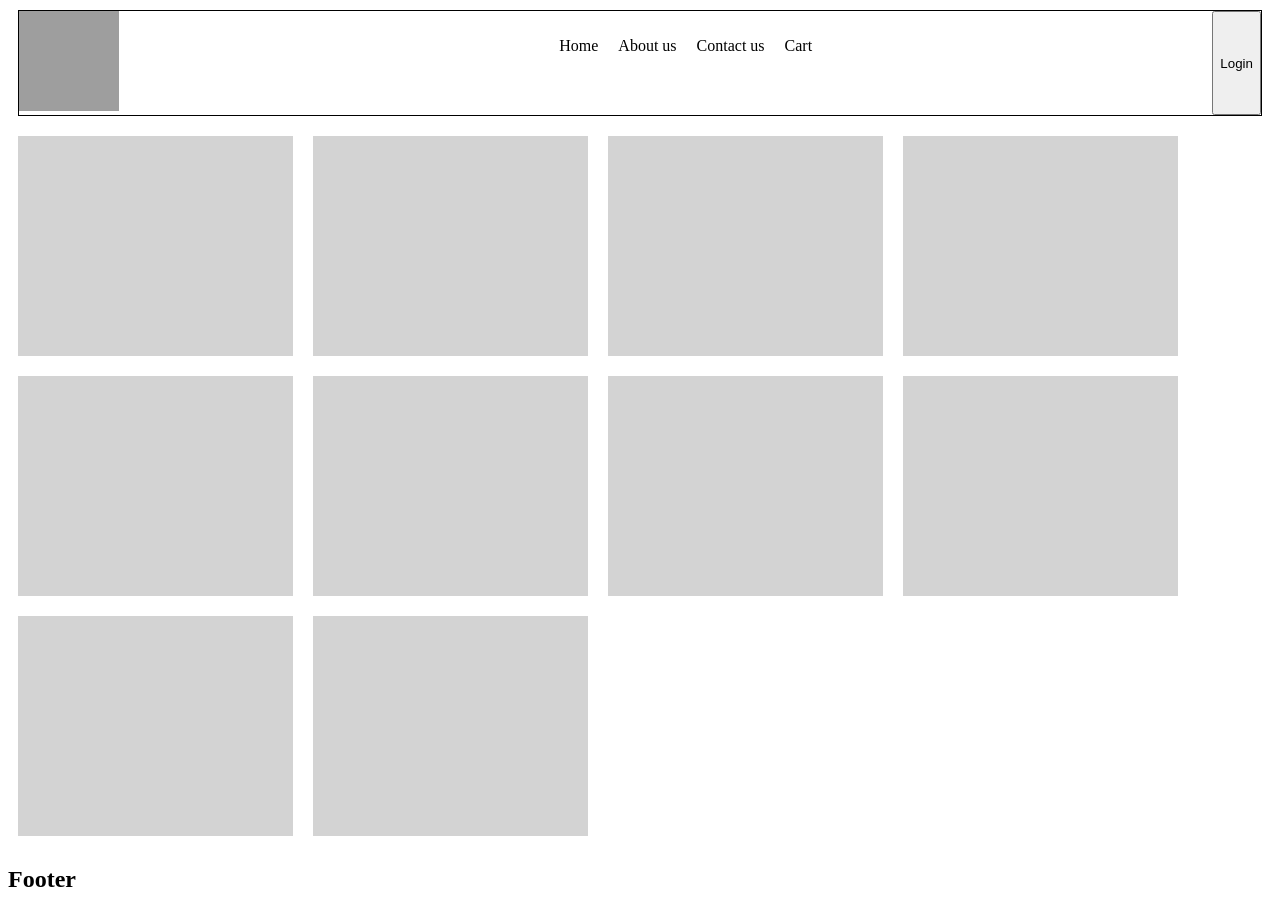
Repository: shivamv97/FOOD-VILLA-APP
Page: /
The author's editor kept a copy of each file at every save. The page is drawn from the files as they stood at one save, then again after the next save.
The browser window is 1280 px wide. The pictures show the whole page.
Pictures or frames that could not be fetched are drawn as grey boxes. The page's requests for data from a server got no answer. The project was rebuilt for these pictures with package versions that can differ from the ones it lists, and the page was loaded fresh each time. No one was signed in, and anything a server would have sent is missing. Also part of the build but not shown: src/components/RestaurantCards.js, src/components/About.js, src/components/Error.js.

Above is the page before, as saved 2024-08-05 13:28:19.

### index.html
<!DOCTYPE html>
<html lang="en">
  <head>
    <meta charset="UTF-8" />
    <meta name="viewport" content="width=device-width, initial-scale=1.0" />
    <title>Learning REACT</title>
    <link rel="stylesheet" href="style.css" />
  </head>
  <body>
    <div id="root">Not Rendered</div>
    <!-- <script
      crossorigin
      src="https://unpkg.com/react@18/umd/react.development.js"
    ></script>
    <script
      crossorigin
      src="https://unpkg.com/react-dom@18/umd/react-dom.development.js"
    ></script> -->
    <script type="module" src="src/App.js"></script>
  </body>
</html>

### style.css
.header {
  display: flex;
  justify-content: space-between;
  margin: 10px;
  border: 1px solid black;
}
.nav-items > ul {
  list-style-type: none;
  display: flex;
}

.nav-items > ul > li {
  padding: 10px;
}
.logo {
  width: 100px;
  height: 100px;
}

.card {
  width: 255px;
  border: 1px solid black;
  padding: 10px;
  margin: 10px;
  overflow-wrap: break-word;
}

.card > img {
  width: 100%;
}

.restaurant-list {
  display: flex;
  flex-wrap: wrap;
}

.shimmer-card {
  width: 255px;
  height: 200px;
  background: lightgrey;
  margin: 10px;
  padding: 10px;
}

### src/App.js
import React from "react";
import ReactDOM from "react-dom/client";
import HeaderComponent from "./components/Title";
import Body from "./components/Body";
import Footer from "./components/Footer";
import About from "./components/About";
import Error from "./components/Error";
import { createBrowserRouter, RouterProvider } from "react-router-dom";

const AppLayout = () => {
  return (
    <>
      <HeaderComponent />
      <Body />
      <Footer />
    </>
  );
};

const appRouter = createBrowserRouter([
  {
    path: "/",
    element: <AppLayout />,
    errorElement: <Error />,
  },
  {
    path: "/About",
    element: <About />,
  },
]);

const root = ReactDOM.createRoot(document.getElementById("root"));

root.render(<RouterProvider router={appRouter} />);
//root will render according to the AppRouter

### src/components/Title.js
import { useState } from "react";
import { Link } from "react-router-dom";

const LoggedInUser = () => {
  //API used for authentication
  return true;
};

const Title = () => (
  <a href="/ ">
    <img
      className="logo"
      alt="logo"
      src="https://encrypted-tbn0.gstatic.com/images?q=tbn:ANd9GcTJtFXKFKFoihdrJEvX4jBtXqfcO2kJ0KAlIg&s"
    />
  </a>
);

const HeaderComponent = () => {
  const [isLoggedIn, setisLoggedIn] = useState(false);
  return (
    <div className="header">
      <Title />
      <div className="nav-items">
        <ul>
          <li>Home</li>
          <li>About us</li>
          <li>Contact us</li>
          <li>Cart</li>
        </ul>
      </div>
      {isLoggedIn ? (
        <button onClick={() => setisLoggedIn(false)}>Logout</button>
      ) : (
        <button onClick={() => setisLoggedIn(true)}>Login</button>
      )}
    </div>
  );
};

export default HeaderComponent;

### src/components/Body.js
import { restaurantlist } from "../config";
import RestrauntCard from "./RestaurantCards";
import { useState, useEffect } from "react";
import Shimmer from "./shimmer";

function filterdata(searchText, restaurants) {
  return restaurants.filter((restaurant) =>
    restaurant.info.name.toLowerCase().includes(searchText.toLowerCase())
  );
}

const Body = () => {
  // const searchTxt = "KFC"; //for reference...(IN JS)
  const [AllRestaurants, setAllRestaurants] = useState([]);
  const [FilteredRestaurants, setFilteredRestaurants] = useState([]); //restaurantlist
  const [searchText, setsearchText] = useState(""); //To create state variable.......(IN REACT)
  // console.log("render()");

  useEffect(() => {
    //API call
    GetRestaurants();
  }, []);

  async function GetRestaurants() {
    const data = await fetch(
      "https://www.swiggy.com/dapi/restaurants/list/v5?lat=28.7040592&lng=77.10249019999999&collection=83667"
    );
    const json = await data.json();
    console.log(json);
    //you have to make change only in line 32,in cards[i],where i is keep changing in the above api link,try from 0-11
    //it's an config-driven UI,Hence,it's Grid Element position keeps on changing.......
    setAllRestaurants(
      json?.data?.cards[1]?.card?.card?.gridElements?.infoWithStyle?.restaurants
    );
    setFilteredRestaurants(
      json?.data?.cards[1]?.card?.card?.gridElements?.infoWithStyle?.restaurants
    );
  }

  console.log("render");

  //Don't render component(Early Return)
  // if (!AllRestaurants) return null;
  // if (FilteredRestaurants?.length === 0) return <h1>No Restaurants Found!</h1>;

  //Conditional rendering
  return AllRestaurants?.length == 0 ? (
    <Shimmer />
  ) : (
    <>
      <div className="search-box">
        <input
          type="text"
          className="search-input"
          placeholder="Search"
          value={searchText}
          onChange={(e) => {
            setsearchText(e.target.value);
          }}
        />
        <button
          className="search-btn"
          onClick={() => {
            //filter the data according to need
            const data = filterdata(searchText, AllRestaurants);
            setFilteredRestaurants(data);
            //need to update the state-restaurants
          }}
        >
          Search
        </button>
      </div>
      <div className="restaurant-list">
        {
          FilteredRestaurants.map((restaurant) => {
            return (
              <RestrauntCard key={restaurant.info.id} {...restaurant.info} />
            );
          })
          //H.W. => 1.PROPER PLACE FOR NO RESTAURANTS FOUND   2.SEARCH WENT OFF WHEN IT IS SHOWING NO RESTAURANTS FOUND..........
        }
      </div>
    </>
  );
};

export default Body;

### src/components/Footer.js
const Footer = () => {
  return <h2>Footer</h2>;
};

export default Footer;

### src/config.js
//PUT MY all Hard Coded File Here
export const Img_cdn_url =
  "https://media-assets.swiggy.com/swiggy/image/upload/fl_lossy,f_auto,q_auto,w_660/";

//Config Driven UI
export const restaurantlist = [
  //public API of Swiggy
  {
    "@type": "type.googleapis.com/swiggy.presentation.food.v2.Restaurant",
    info: {
      id: "8561",
      name: "Mughlai Junction",
      cloudinaryImageId: "tnl2yuuxi8zjbgru6iqj",
      locality: "Connaught Place",
      areaName: "Connaught Place",
      costForTwo: "₹600 for two",
      cuisines: ["Mughlai", "North Indian", "Tandoor"],
      avgRating: 4.3,
      parentId: "5354",
      avgRatingString: "4.3",
      totalRatingsString: "10K+",
      promoted: true,
      adTrackingId:
        "cid=15007607~p=0~adgrpid=15007607#ag1~mp=SWIGGY_IN~bl=FOOD~aet=RESTAURANT~aeid=8561~eid=321f01bc-98c6-405c-89d6-b18422bb8f70~srvts=1721229990431~collid=83639",
      sla: {
        deliveryTime: 37,
        lastMileTravel: 4.8,
        serviceability: "SERVICEABLE",
        slaString: "35-40 mins",
        lastMileTravelString: "4.8 km",
        iconType: "ICON_TYPE_EMPTY",
      },
      availability: {
        nextCloseTime: "2024-07-17 23:00:00",
        opened: true,
      },
      badges: {},
      isOpen: true,
      type: "F",
      badgesV2: {
        entityBadges: {
          textExtendedBadges: {},
          textBased: {},
          imageBased: {},
        },
      },
      aggregatedDiscountInfoV3: {
        header: "10% OFF",
        subHeader: "UPTO ₹35",
      },
      orderabilityCommunication: {
        title: {},
        subTitle: {},
        message: {},
        customIcon: {},
      },
      differentiatedUi: {
        displayType: "ADS_UI_DISPLAY_TYPE_ENUM_DEFAULT",
        differentiatedUiMediaDetails: {
          mediaType: "ADS_MEDIA_ENUM_IMAGE",
          lottie: {},
          video: {},
        },
      },
      reviewsSummary: {},
      displayType: "RESTAURANT_DISPLAY_TYPE_DEFAULT",
      restaurantOfferPresentationInfo: {},
      externalRatings: {
        aggregatedRating: {
          rating: "4.4",
          ratingCount: "1K+",
        },
        source: "GOOGLE",
        sourceIconImageId: "v1704440323/google_ratings/rating_google_tag",
      },
      ratingsDisplayPreference: "RATINGS_DISPLAY_PREFERENCE_SHOW_SWIGGY",
    },
    analytics: {},
    cta: {
      link: "swiggy://menu?restaurant_id=8561&source=collection&query=Biryani",
      text: "RESTAURANT_MENU",
      type: "DEEPLINK",
    },
    widgetId: "collectionV5RestaurantListWidget_SimRestoRelevance_food",
  },

  {
    "@type": "type.googleapis.com/swiggy.presentation.food.v2.Restaurant",
    info: {
      id: "817359",
      name: "Zahra Restaurant & Cafe",
      cloudinaryImageId: "asaqtuuszx7hzmxpnfpo",
      locality: "Old Delhi",
      areaName: "Old Delhi",
      costForTwo: "₹300 for two",
      cuisines: ["Indian", "Tandoor", "Kebabs", "Snacks", "Biryani"],
      avgRating: 4.3,
      parentId: "229129",
      avgRatingString: "4.3",
      totalRatingsString: "100+",
      sla: {
        deliveryTime: 29,
        lastMileTravel: 1.3,
        serviceability: "SERVICEABLE",
        slaString: "25-30 mins",
        lastMileTravelString: "1.3 km",
        iconType: "ICON_TYPE_EMPTY",
      },
      availability: {
        nextCloseTime: "2024-07-17 22:59:00",
        opened: true,
      },
      badges: {},
      isOpen: true,
      type: "F",
      badgesV2: {
        entityBadges: {
          textExtendedBadges: {},
          textBased: {},
          imageBased: {},
        },
      },
      aggregatedDiscountInfoV3: {
        header: "50% OFF",
        subHeader: "UPTO ₹100",
      },
      orderabilityCommunication: {
        title: {},
        subTitle: {},
        message: {},
        customIcon: {},
      },
      differentiatedUi: {
        displayType: "ADS_UI_DISPLAY_TYPE_ENUM_DEFAULT",
        differentiatedUiMediaDetails: {
          mediaType: "ADS_MEDIA_ENUM_IMAGE",
          lottie: {},
          video: {},
        },
      },
      reviewsSummary: {},
      displayType: "RESTAURANT_DISPLAY_TYPE_DEFAULT",
      restaurantOfferPresentationInfo: {},
      externalRatings: {
        aggregatedRating: {
          rating: "--",
        },
      },
      ratingsDisplayPreference: "RATINGS_DISPLAY_PREFERENCE_SHOW_SWIGGY",
    },
    analytics: {},
    cta: {
      link: "swiggy://menu?restaurant_id=817359&source=collection&query=Biryani",
      text: "RESTAURANT_MENU",
      type: "DEEPLINK",
    },
    widgetId: "collectionV5RestaurantListWidget_SimRestoRelevance_food",
  },

  {
    "@type": "type.googleapis.com/swiggy.presentation.food.v2.Restaurant",
    info: {
      id: "81523",
      name: "Amma Mess",
      cloudinaryImageId: "a09jpzja1zusso85bbmz",
      locality: "Karol Bagh",
      areaName: "Karol Bagh",
      costForTwo: "₹300 for two",
      cuisines: ["South Indian"],
      avgRating: 4.5,
      parentId: "15687",
      avgRatingString: "4.5",
      totalRatingsString: "10K+",
      promoted: true,
      adTrackingId:
        "cid=15010070~p=1~adgrpid=15010070#ag1~mp=SWIGGY_IN~bl=FOOD~aet=RESTAURANT~aeid=81523~eid=b2807d99-426d-4265-8bac-9448c8101a5f~srvts=1721229990431~collid=83639",
      sla: {
        deliveryTime: 37,
        lastMileTravel: 6.3,
        serviceability: "SERVICEABLE",
        slaString: "35-40 mins",
        lastMileTravelString: "6.3 km",
        iconType: "ICON_TYPE_EMPTY",
      },
      availability: {
        nextCloseTime: "2024-07-17 22:30:00",
        opened: true,
      },
      badges: {},
      isOpen: true,
      aggregatedDiscountInfoV2: {},
      type: "F",
      badgesV2: {
        entityBadges: {
          textBased: {},
          imageBased: {},
          textExtendedBadges: {},
        },
      },
      orderabilityCommunication: {
        title: {},
        subTitle: {},
        message: {},
        customIcon: {},
      },
      differentiatedUi: {
        displayType: "ADS_UI_DISPLAY_TYPE_ENUM_DEFAULT",
        differentiatedUiMediaDetails: {
          mediaType: "ADS_MEDIA_ENUM_IMAGE",
          lottie: {},
          video: {},
        },
      },
      reviewsSummary: {},
      displayType: "RESTAURANT_DISPLAY_TYPE_DEFAULT",
      restaurantOfferPresentationInfo: {},
      externalRatings: {
        aggregatedRating: {
          rating: "4.2",
          ratingCount: "1K+",
        },
        source: "GOOGLE",
        sourceIconImageId: "v1704440323/google_ratings/rating_google_tag",
      },
      ratingsDisplayPreference: "RATINGS_DISPLAY_PREFERENCE_SHOW_SWIGGY",
    },
    analytics: {},
    cta: {
      link: "swiggy://menu?restaurant_id=81523&source=collection&query=Biryani",
      text: "RESTAURANT_MENU",
      type: "DEEPLINK",
    },
    widgetId: "collectionV5RestaurantListWidget_SimRestoRelevance_food",
  },

  {
    "@type": "type.googleapis.com/swiggy.presentation.food.v2.Restaurant",
    info: {
      id: "144716",
      name: "Mughlai Invitation",
      cloudinaryImageId: "a4530760ed2ff35b487605618cc6dc45",
      areaName: "Chandni Chowk",
      costForTwo: "₹200 for two",
      cuisines: ["Indian", "Mughlai", "Biryani", "Sweets"],
      avgRating: 4.6,
      parentId: "141076",
      avgRatingString: "4.6",
      totalRatingsString: "100+",
      sla: {
        deliveryTime: 30,
        lastMileTravel: 1.5,
        serviceability: "SERVICEABLE",
        slaString: "30-35 mins",
        lastMileTravelString: "1.5 km",
        iconType: "ICON_TYPE_EMPTY",
      },
      availability: {
        nextCloseTime: "2024-07-17 22:59:00",
        opened: true,
      },
      badges: {},
      isOpen: true,
      aggregatedDiscountInfoV2: {},
      type: "F",
      badgesV2: {
        entityBadges: {
          textExtendedBadges: {},
          textBased: {},
          imageBased: {},
        },
      },
      orderabilityCommunication: {
        title: {},
        subTitle: {},
        message: {},
        customIcon: {},
      },
      differentiatedUi: {
        displayType: "ADS_UI_DISPLAY_TYPE_ENUM_DEFAULT",
        differentiatedUiMediaDetails: {
          mediaType: "ADS_MEDIA_ENUM_IMAGE",
          lottie: {},
          video: {},
        },
      },
      reviewsSummary: {},
      displayType: "RESTAURANT_DISPLAY_TYPE_DEFAULT",
      restaurantOfferPresentationInfo: {},
      externalRatings: {
        aggregatedRating: {
          rating: "4.8",
          ratingCount: "100+",
        },
        source: "GOOGLE",
        sourceIconImageId: "v1704440323/google_ratings/rating_google_tag",
      },
      ratingsDisplayPreference: "RATINGS_DISPLAY_PREFERENCE_SHOW_SWIGGY",
    },
    analytics: {},
    cta: {
      link: "swiggy://menu?restaurant_id=144716&source=collection&query=Biryani",
      text: "RESTAURANT_MENU",
      type: "DEEPLINK",
    },
    widgetId: "collectionV5RestaurantListWidget_SimRestoRelevance_food",
  },

  {
    "@type": "type.googleapis.com/swiggy.presentation.food.v2.Restaurant",
    info: {
      id: "64321",
      name: "Southern Masala",
      cloudinaryImageId: "14527e27a298304dd07904f777372cb5",
      locality: "Karol Bagh",
      areaName: "Karol Bagh",
      costForTwo: "₹350 for two",
      cuisines: ["Andhra", "Biryani", "South Indian", "Thalis"],
      avgRating: 3.9,
      parentId: "17286",
      avgRatingString: "3.9",
      totalRatingsString: "1K+",
      promoted: true,
      adTrackingId:
        "cid=15472783~p=2~adgrpid=15472783#ag1~mp=SWIGGY_IN~bl=FOOD~aet=RESTAURANT~aeid=64321~eid=785e1ed6-7474-46a2-ba9f-4a9325d5fabc~srvts=1721229990431~collid=83639",
      sla: {
        deliveryTime: 38,
        lastMileTravel: 5,
        serviceability: "SERVICEABLE",
        slaString: "35-40 mins",
        lastMileTravelString: "5.0 km",
        iconType: "ICON_TYPE_EMPTY",
      },
      availability: {
        nextCloseTime: "2024-07-17 22:00:00",
        opened: true,
      },
      badges: {},
      isOpen: true,
      type: "F",
      badgesV2: {
        entityBadges: {
          textBased: {},
          imageBased: {},
          textExtendedBadges: {},
        },
      },
      aggregatedDiscountInfoV3: {
        header: "₹125 OFF",
        subHeader: "ABOVE ₹199",
        discountTag: "FLAT DEAL",
      },
      orderabilityCommunication: {
        title: {},
        subTitle: {},
        message: {},
        customIcon: {},
      },
      differentiatedUi: {
        displayType: "ADS_UI_DISPLAY_TYPE_ENUM_DEFAULT",
        differentiatedUiMediaDetails: {
          mediaType: "ADS_MEDIA_ENUM_IMAGE",
          lottie: {},
          video: {},
        },
      },
      reviewsSummary: {},
      displayType: "RESTAURANT_DISPLAY_TYPE_DEFAULT",
      restaurantOfferPresentationInfo: {},
      externalRatings: {
        aggregatedRating: {
          rating: "4.1",
          ratingCount: "100+",
        },
        source: "GOOGLE",
        sourceIconImageId: "v1704440323/google_ratings/rating_google_tag",
      },
      ratingsDisplayPreference: "RATINGS_DISPLAY_PREFERENCE_SHOW_SWIGGY",
    },
    analytics: {},
    cta: {
      link: "swiggy://menu?restaurant_id=64321&source=collection&query=Biryani",
      text: "RESTAURANT_MENU",
      type: "DEEPLINK",
    },
    widgetId: "collectionV5RestaurantListWidget_SimRestoRelevance_food",
  },
];

### src/components/shimmer.js
const Shimmer = () => {
  return (
    <div className="restaurant-list">
      {Array(10)
        .fill("")
        .map((e, index) => (
          <div key={index} className="shimmer-card"></div>
        ))}
    </div>
  );
};

export default Shimmer;

After the next save:
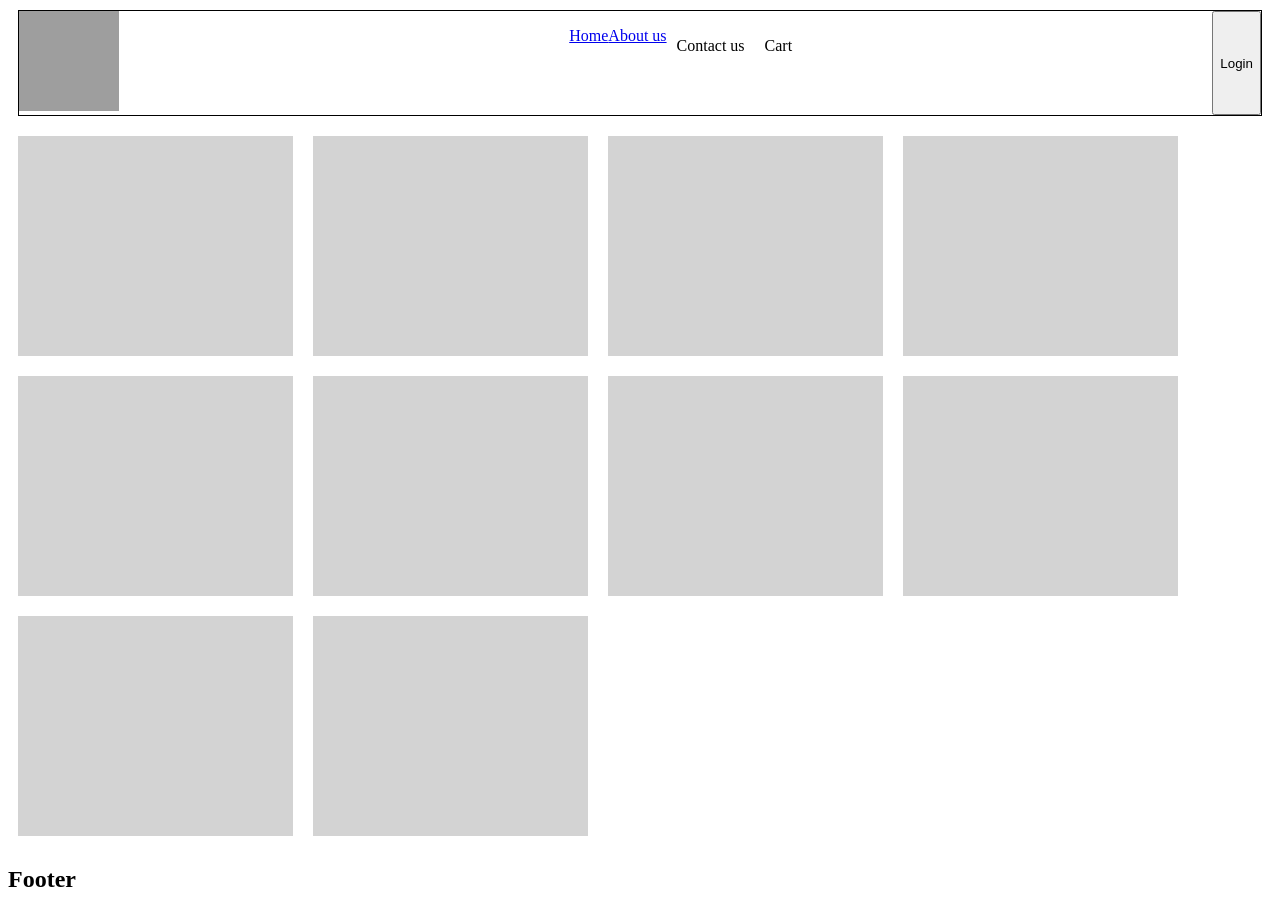
Saved 97 s later.
--- a/src/components/Title.js
+++ b/src/components/Title.js
@@ -23,8 +23,13 @@
       <Title />
       <div className="nav-items">
         <ul>
-          <li>Home</li>
-          <li>About us</li>
+          <Link to="/">
+            <li>Home</li>
+          </Link>
+          <Link to="/">
+            <li>About us</li>
+          </Link>
+
           <li>Contact us</li>
           <li>Cart</li>
         </ul>
